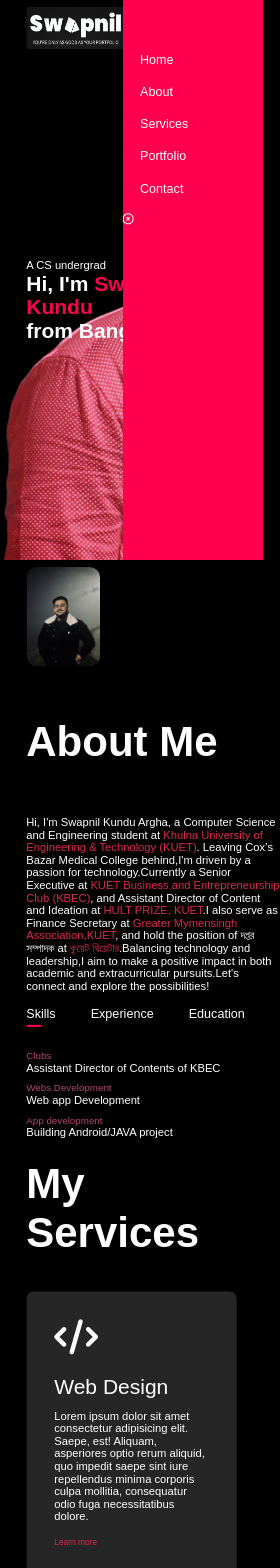
Repository: SwapnilKundu/portfolio
Page: index.html
The author's editor kept a copy of each file at every save. The page is drawn from the files as they stood at one save, then again after the next save.
The browser window is 375 px wide. The page is 400 px wide, so the pictures cover 400 px, including what lies to the right of the window. The pictures show the part of the page from y = 0 to 2240 px (the page is 5790 px tall), at 70% of full size.
Some web libraries are served in a nearby version.

Above is the page before, as saved 2024-01-20 23:44:19.

After the next save:
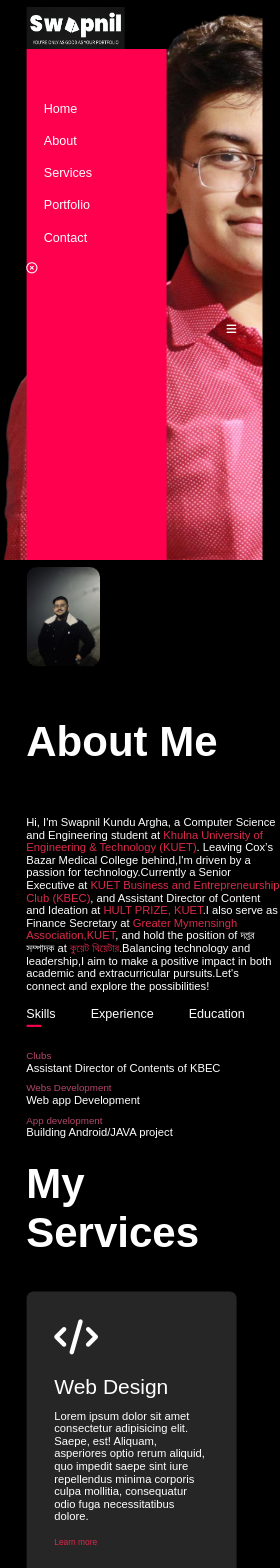
Saved 81 s later.
--- a/style.css
+++ b/style.css
@@ -412,7 +412,7 @@
     }
     nav ul {
         background: #ff004f;
-        position: fixed;
+        position: a;
         top: 0;
         right: 0;
         width: 200px;

After the save that followed:
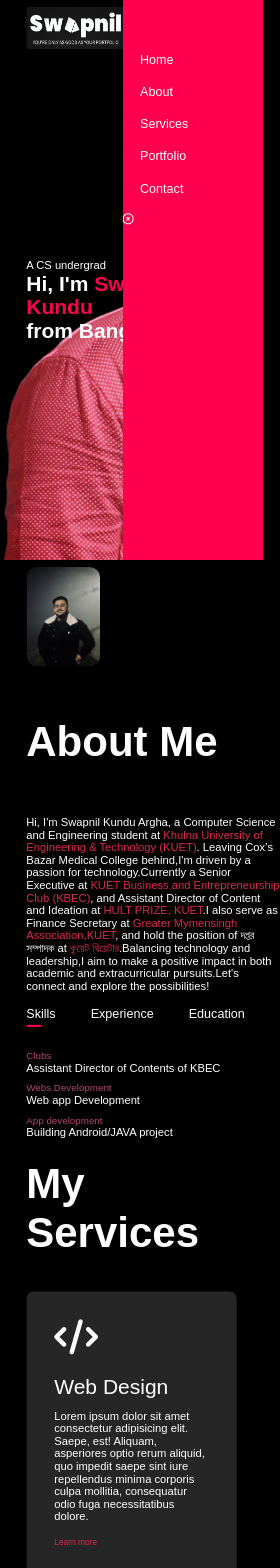
Saved 4 s later.
--- a/style.css
+++ b/style.css
@@ -412,7 +412,7 @@
     }
     nav ul {
         background: #ff004f;
-        position: a;
+        position: fixed;
         top: 0;
         right: 0;
         width: 200px;
